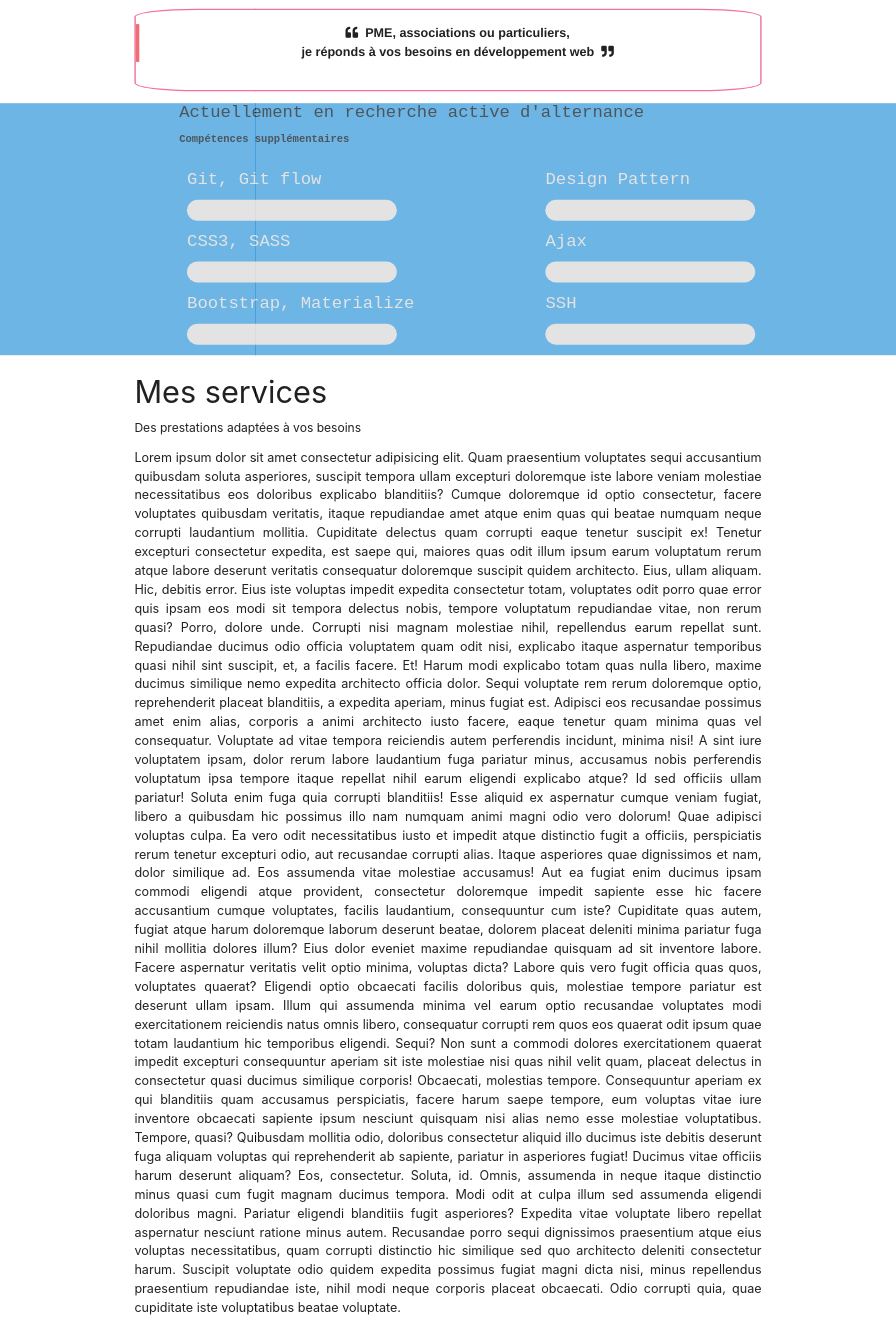
Repository: duncanidaho14/elhad
Page: index.html
An editor plug-in stored every save of this project. The page is shown before and after the next save, followed by the edit.
The browser window is 1280 px wide. The pictures show the part of the page from y = 2288 to 4208 px (the page is 4208 px tall), at 70% of full size.

Above is the page before, as saved 2020-10-25 11:11:37.

After the next save:
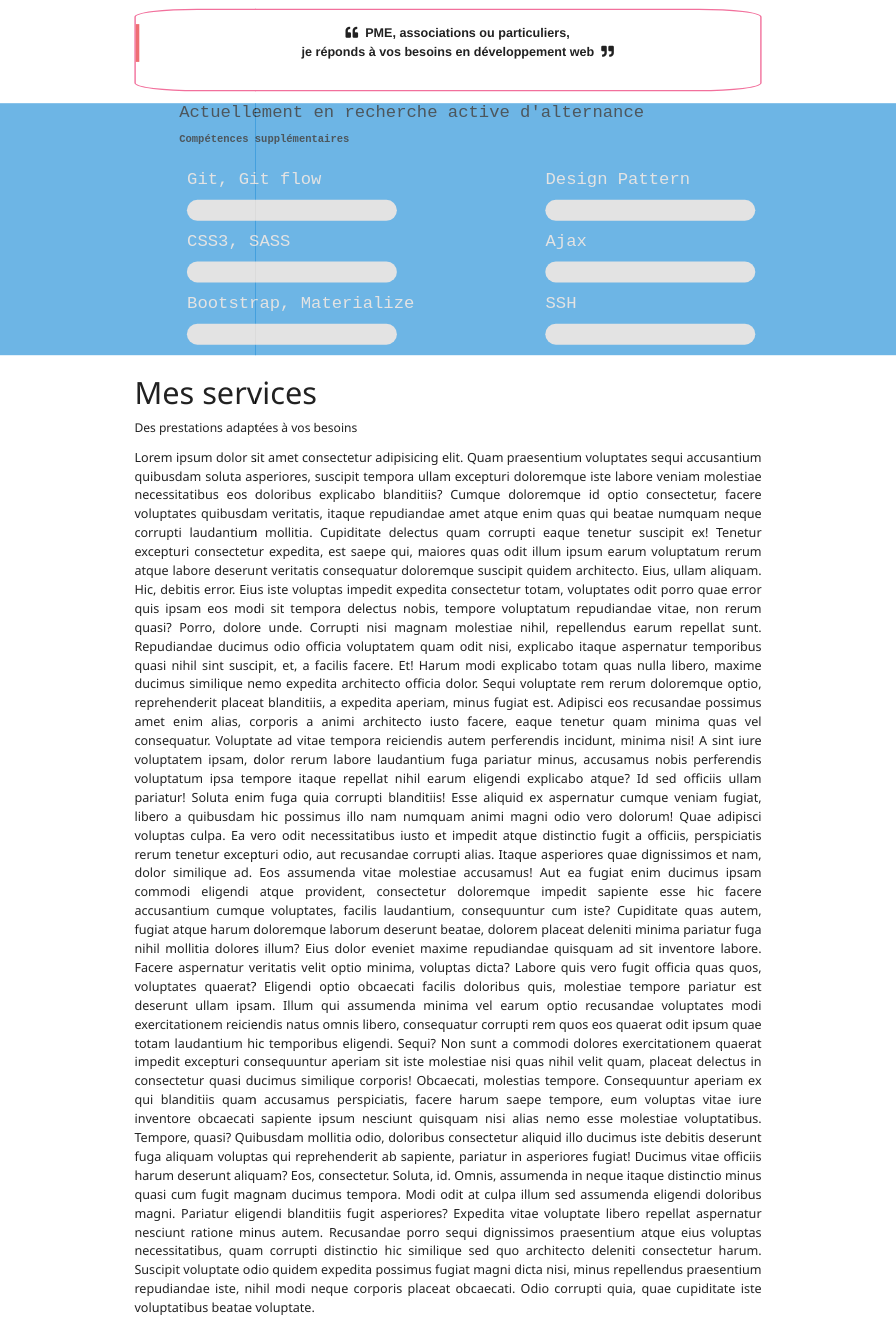
Saved 4 s later.
--- a/assets/css/style.css
+++ b/assets/css/style.css
@@ -93,5 +93,5 @@
 .services {
     text-align: justify;
     font-size: larger;
-    font-family: ;
+    font-family: 'Segoe UI', Tahoma, Geneva, Verdana, sans-serif;
 }
